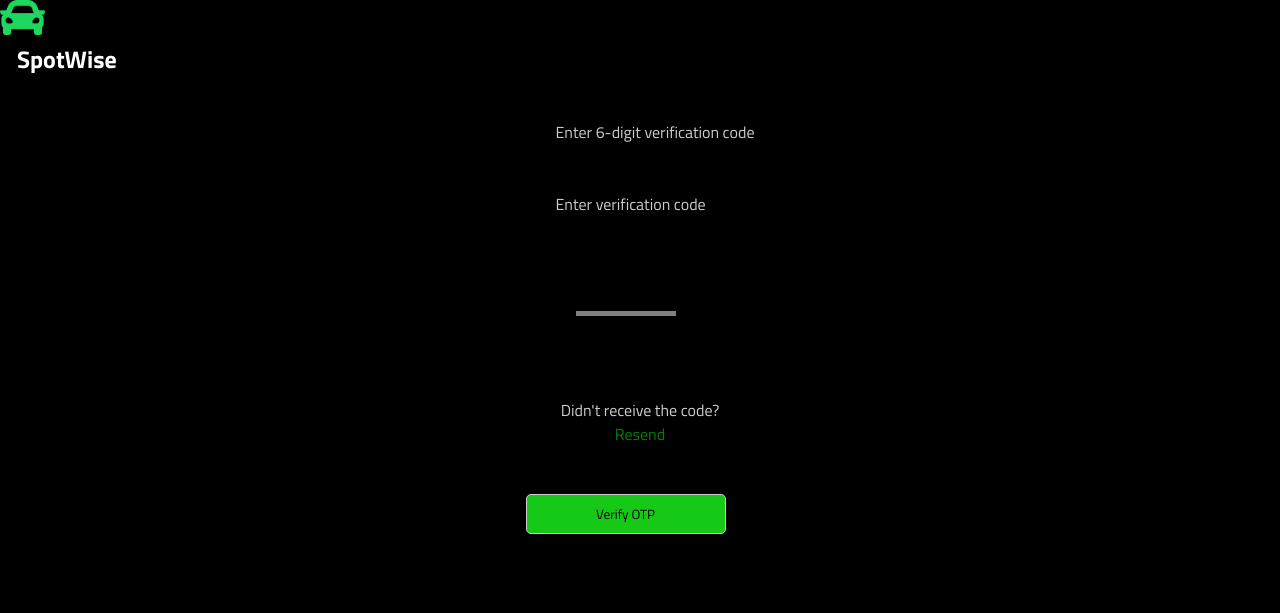
Repository: Rithingithub/SpotWise
Page: /OTP (app in client/)
An editor plug-in stored every save of this project. The page is shown before and after the next save, followed by the edit.
The browser window is 1280 px wide. The pictures show the whole page.
The project was rebuilt for these pictures with package versions that can differ from the ones it lists, and the page was loaded fresh each time. Also part of the build but not shown: client/src/pages/PhoneNumberInput.js, client/src/components/PaymentTiles.js, client/src/components/settings.js, client/src/components/history.js, client/src/components/support.module.css, client/src/components/support.js, client/src/components/Navbar.js, client/src/pages/box.module.css and 7 more.

Above is the page before, as saved 2024-02-25 12:24:12.

After the next save:
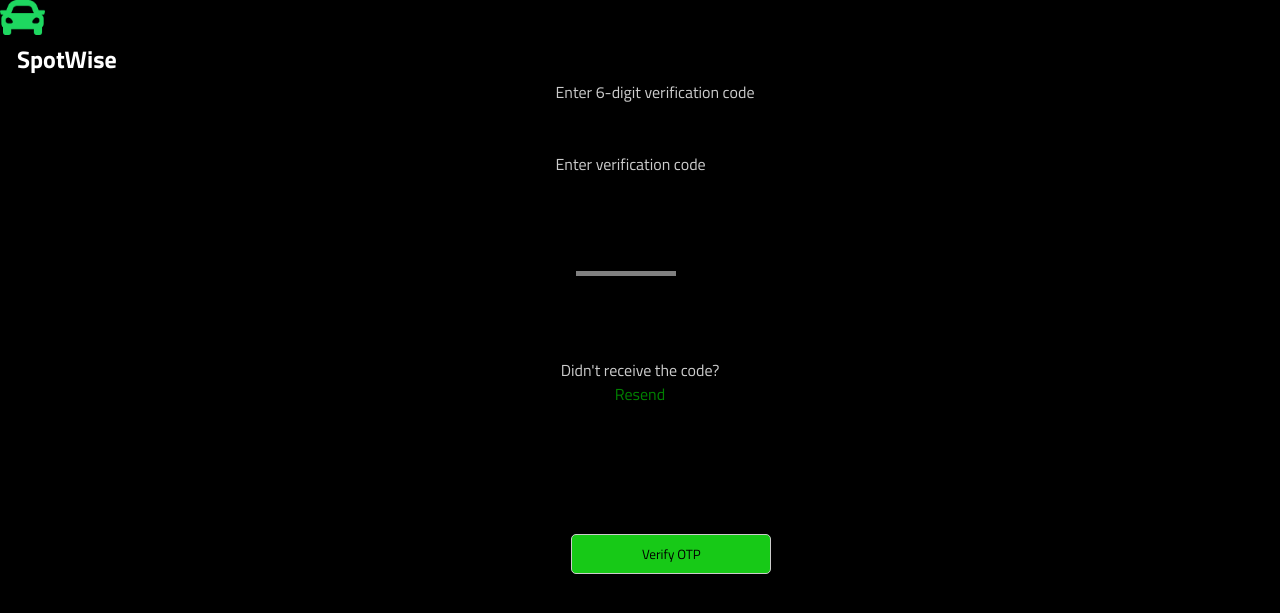
Saved 8 s later.
--- a/client/src/pages/main.module.css
+++ b/client/src/pages/main.module.css
@@ -29,7 +29,7 @@
     box-shadow: 0 0 1rem rgba(81, 203, 238, 1); /* Add a subtle shadow on focus */
 }
 
-.main_button{
+button{
     background-color: aquamarine;
    margin-left: 20%;
    margin-top: 5rem;
